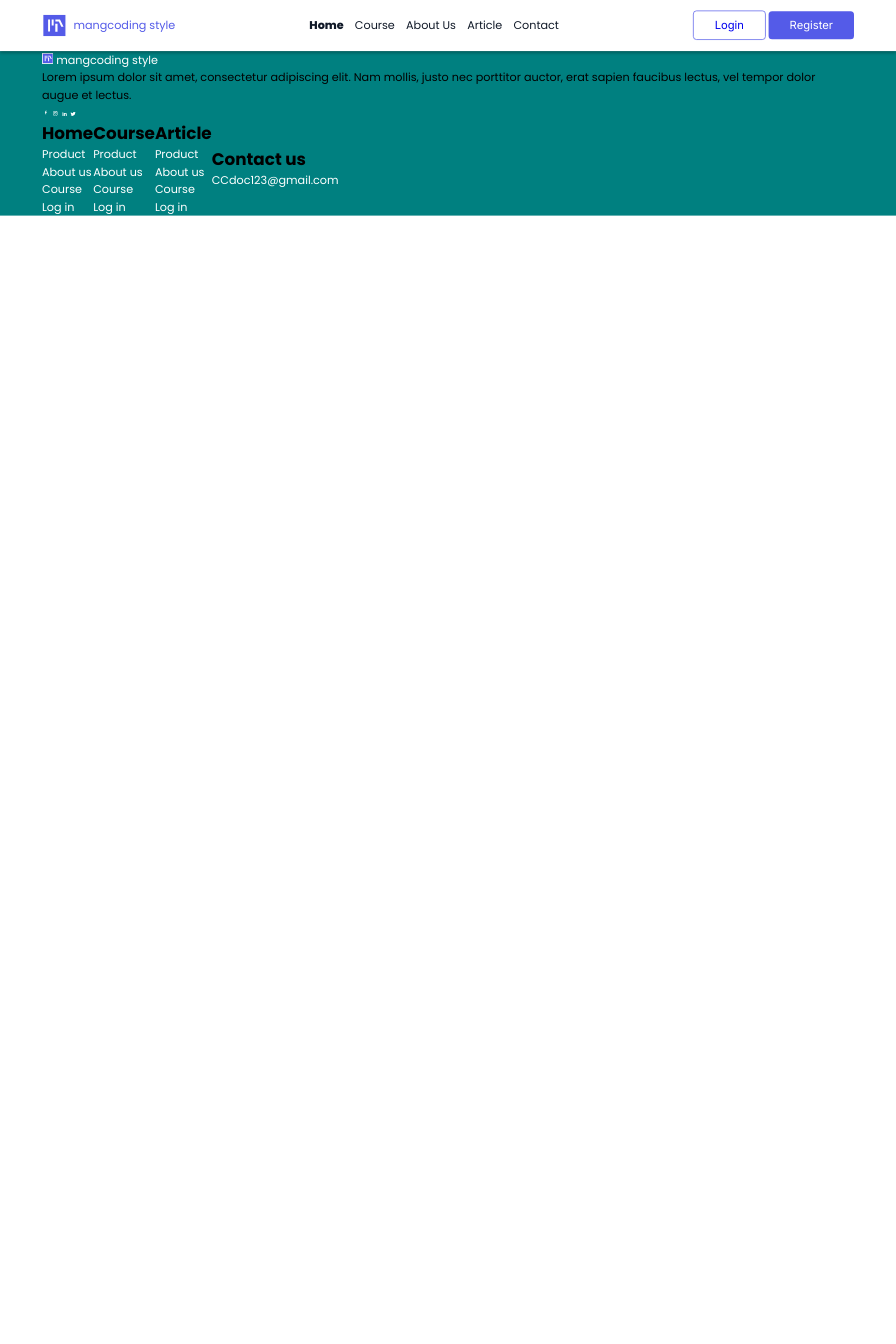
Repository: Dania-Alqam/landing-page
Page: index.html
The author's editor kept a copy of each file at every save. The page is drawn from the files as they stood at one save, then again after a run of saves.
The browser window is 1280 px wide. The pictures show the part of the page from y = 0 to 1920 px (the page is 5000 px tall), at 70% of full size.

Above is the page before, as saved 2024-06-21 23:43:56.

After the next 2 saves:
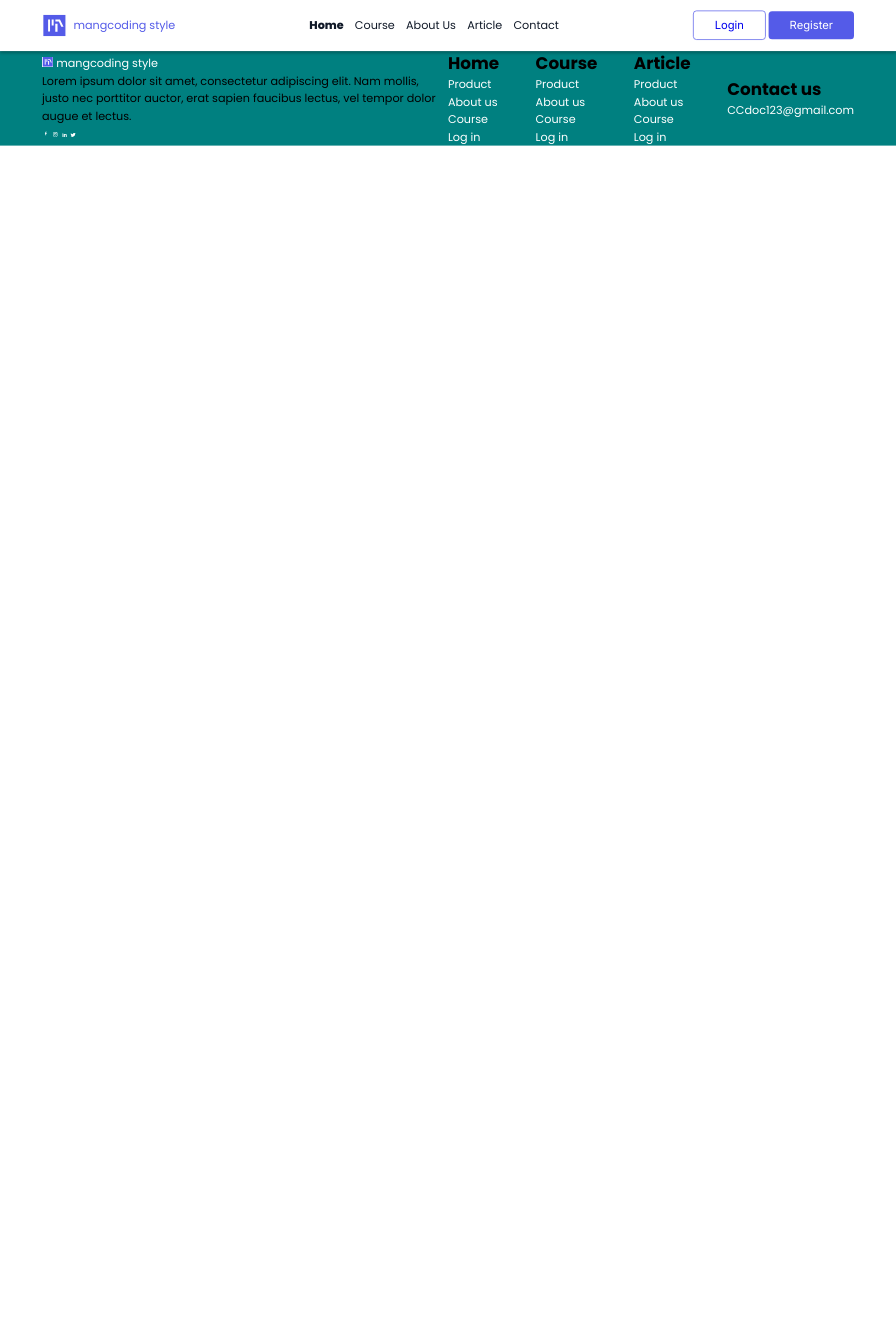
The 2 saves are shown as one change because they came seconds apart.
The last was saved 16 s later.
--- a/assests/css/main.css
+++ b/assests/css/main.css
@@ -72,6 +72,6 @@ font-weight: 800;
 
 .footer .footer-start,
 .footer .footer-end{
-
+    width: calc(100%/2);
 }
 /* end footer */
